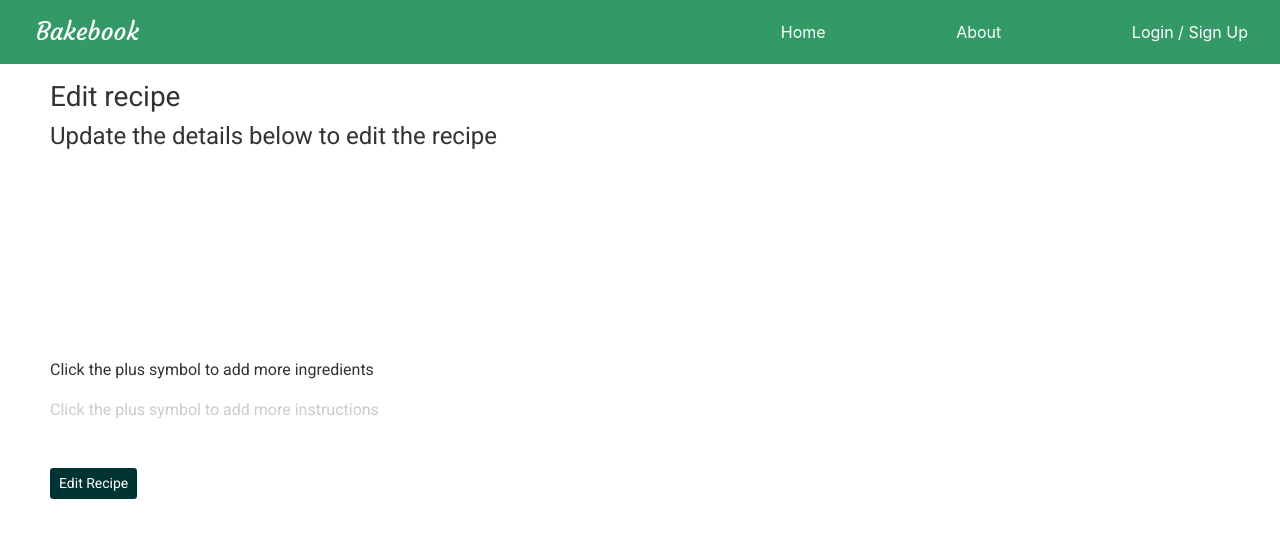
Repository: kmaaallen/bake_book
Page: templates/editrecipe.html
The author's editor kept a record of every edit. The page is drawn from the files as they stood at one moment, then again after the next edit.
The browser window is 1280 px wide. The pictures show the whole page.
Some web libraries are served in a nearby version. The template is drawn by Flask 3. The application's start-up code is not run. The template is opened directly, without the code that normally fills it, so the values that code supplies are empty.

Above is the page before.

After the next edit:
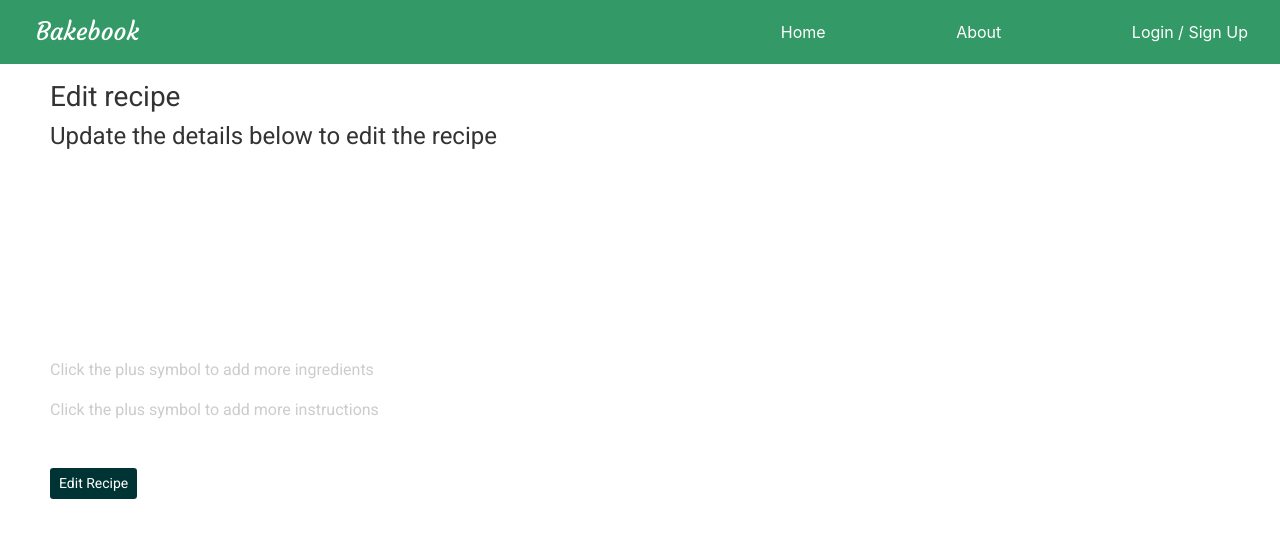
The edit:
--- a/templates/editrecipe.html
+++ b/templates/editrecipe.html
@@ -36,7 +36,7 @@
         {{ form.takes(placeholder = "How long does this recipe take to make?") }}
         </div>
         {{ form.ingredients.label }}
-        <p>Click the plus symbol to add more ingredients</p>
+        <p class="helper-text">Click the plus symbol to add more ingredients</p>
         <div id="ingredients" class="input-div-width">
             {% for ingredient in form.ingredients.data %}
             <div><input required type='text' value='{{ingredient}}' class='ingredients' name='ingredients'></input><a class="btn add-btn" id="addNewStep"><i class="material-icons">add</i></a></div>
